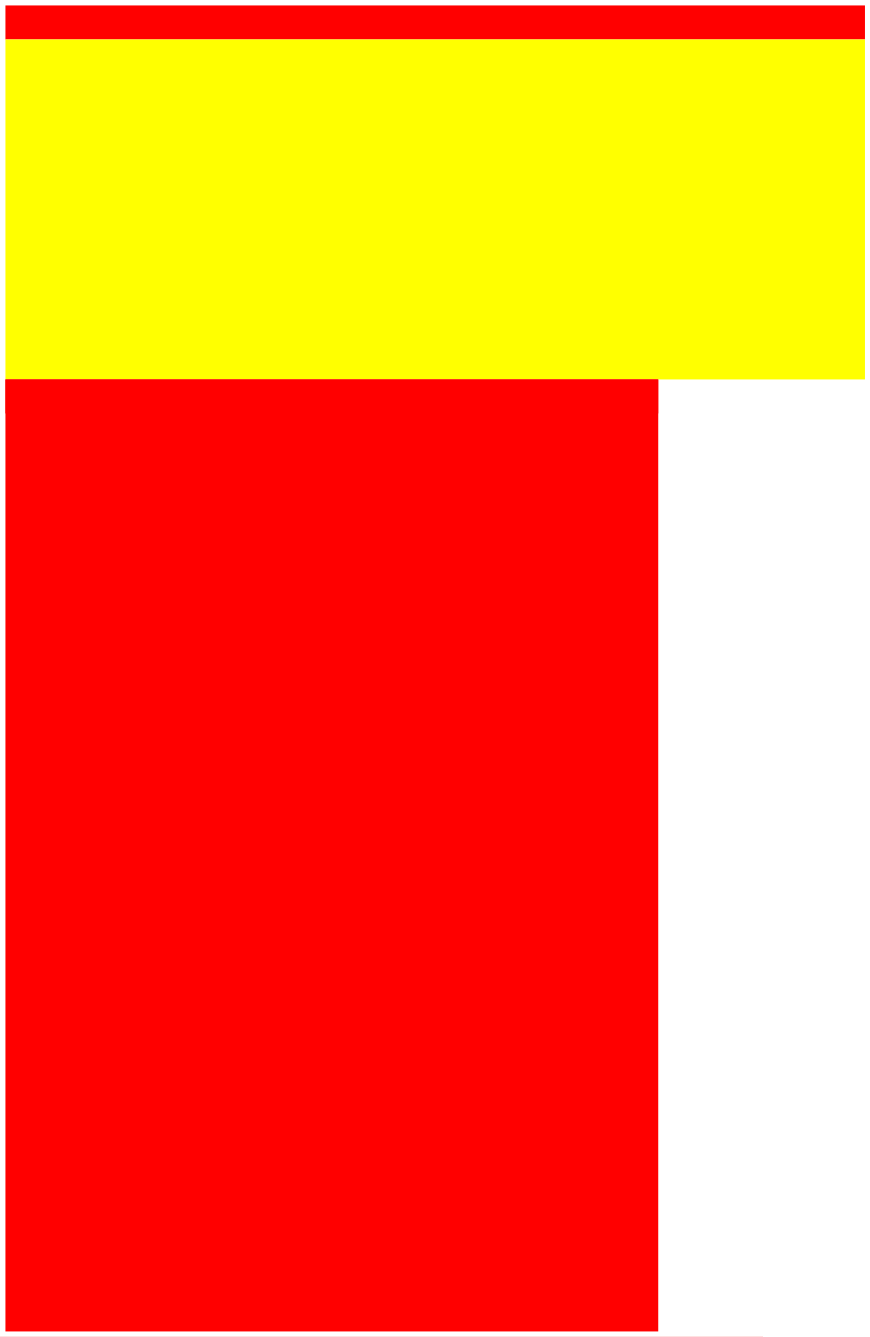
Repository: pureforest/html
Page: chapter4/chapter4.html
The author's editor kept a record of every edit. The page is drawn from the files as they stood at one moment, then again after the next edit.
The browser window is 1280 px wide. The pictures show the whole page, at 68% of full size.

Above is the page before.

### chapter4/chapter4.html
<!DOCTYPE html1>
<html lang="ja">
  <head>

    <meta charest="UTF-8"/>
    <link rel="stylesheet" href="chapter4style.css"/>
    <title>chapter4</title>
    </head>

    <div class="header"></div>

    <div class="main-visual"></div>

    <div class="main">
      <div class="left"></div>
      <div class="central"></div>
      <div class="right"></div>
    </div>

### chapter4/chapter4style.css
.header{
 width: 100%;
 height: 50px;
 background-color: red;
}

.main-visual{
  width: 100%;
 height: 500px;
 background-color: yellow;
}

.main{
  width: 960px;
 height: 1400px;
 background-color: red;
}

.left{
  width: 100%;
 height: 50px;
 background-color: red;
}

After the next edit:
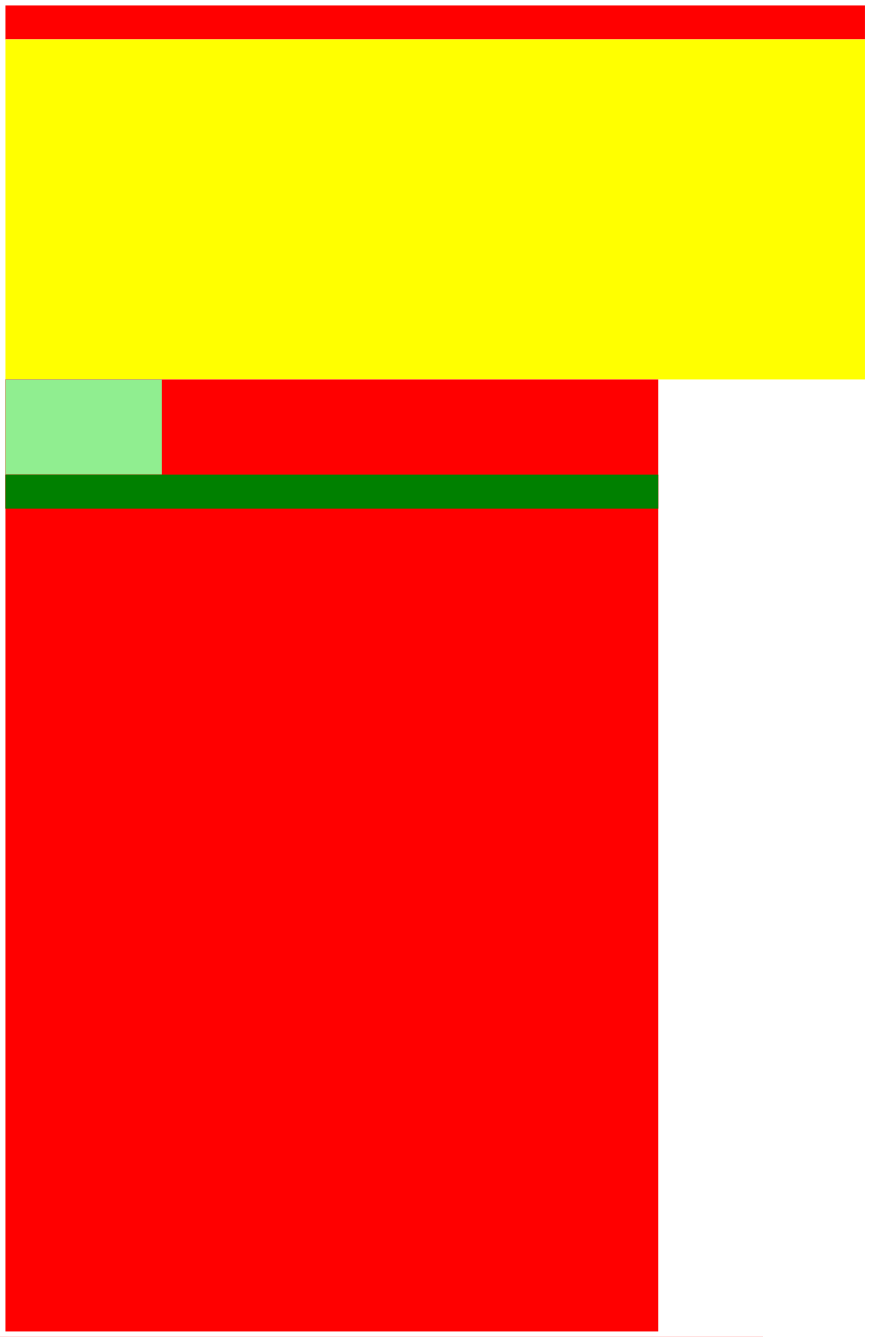
The edit:
--- a/chapter4/chapter4style.css
+++ b/chapter4/chapter4style.css
@@ -17,7 +17,13 @@
 }
 
 .left{
+  width: 230px;
+ height: 140px;
+ background-color: lightgreen;
+}
+
+.central{
   width: 100%;
  height: 50px;
- background-color: red;
+ background-color: green;
 }
